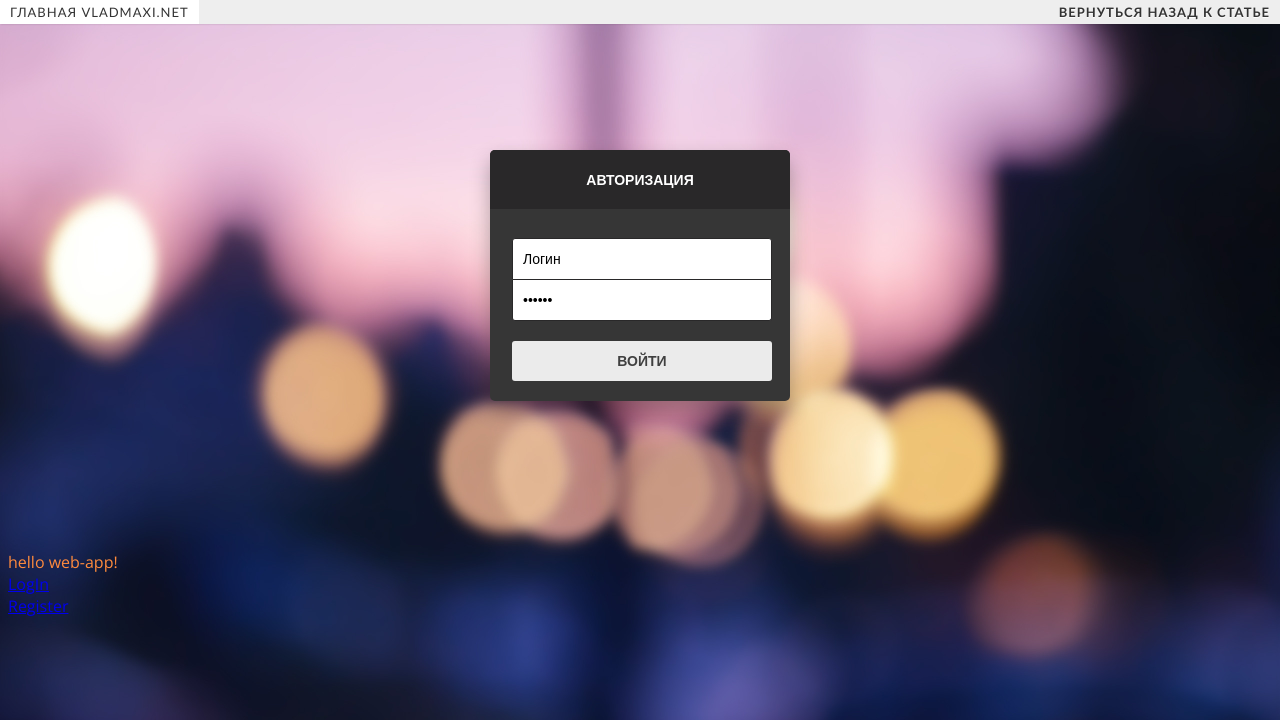
Repository: KosiloVeronika/workspace
Page: http://localhost/libraryManager/
The author's editor kept a copy of each file at every save. The page is drawn from the files as they stood at one save, then again after the next save.
The browser window is 1280 px wide. The pictures show the whole page.
The page is served by Tomcat 9. Other server files are loaded and not shown.

Above is the page before, as saved 2015-09-02 17:10:49.

### libraryManager/WebContent/index.jsp
<%@ page language="java" contentType="text/html; charset=utf-8"
    pageEncoding="utf-8"%>
<!DOCTYPE html PUBLIC "-//W3C//DTD HTML 4.01 Transitional//EN" "http://www.w3.org/TR/html4/loose.dtd">
<html>
<head>
<link rel="stylesheet" href="css/style.css" media="screen" type="text/css" />
<link href='http://fonts.googleapis.com/css?family=Open+Sans:400,700' rel='stylesheet' type='text/css'>
<meta http-equiv="welcome-file-list" content="text/html; charset=utf-8">
<title>index</title>
</head>
<body>

	<!-- vladmaxi top bar -->
    <div class="vladmaxi-top">
        <a href="http://vladmaxi.net" target="_blank">Главная Vladmaxi.net</a>
        <span class="right">
        <a href="http://vladmaxi.net/web-developer/css/22-luchshix-formy-vxoda-i-registracii-na-sajte-v-html-css.html">
                <strong>Вернуться назад к статье</strong>
            </a>
        </span>
    <div class="clr"></div>
    </div>
<!--/ vladmaxi top bar -->

    <div id="login-form">
      <h1>АВТОРИЗАЦИЯ</h1>
        <fieldset>
            <form action="javascript:void(0);" method="get">
                <input type="email" required value="Логин" onBlur="if(this.value=='')this.value='Логин'" onFocus="if(this.value=='Логин')this.value='' ">
                <input type="password" required value="Пароль" onBlur="if(this.value=='')this.value='Пароль'" onFocus="if(this.value=='Пароль')this.value='' ">
                <input type="submit" value="ВОЙТИ">
            </form>
        </fieldset>
    </div>
	hello web-app!
	</br>
	<a href="jsp/login.jsp">LogIn</a>
	</br>
	<a href="jsp/registration.jsp">Register</a>
</body>
</html>

### libraryManager/WebContent/css/style.css
@charset "utf-8";

html {
  background: url(../images/TebPWZ6.jpg) no-repeat center center fixed;
  -webkit-background-size: cover;
  -moz-background-size: cover;
  -o-background-size: cover;
  background-size: cover;
}

body {
	color: #ff8b3d;
  font-family: 'Open Sans', sans-serif;
	font-size: 16px;

}

#login-form {
	background-color: #363636;
	border-radius: 5px;
	-moz-border-radius: 5px;
	-webkit-border-radius: 5px;
	margin: 150px auto;
	width: 300px;
  font-family: 'Open Sans', sans-serif;
	font-size: 16px;
  -webkit-box-shadow:  0px 10px 20px 0px rgba(0, 0, 0, 0.3);
   box-shadow:  0px 10px 20px 0px rgba(0, 0, 0, 0.3);

}

#login-form h1 {
	background-color: #292829;
	border-radius: 5px 5px 0px 0px;
	-moz-border-radius: 5px 5px 0px 0px;
	-webkit-border-radius: 5px 5px 0px 0px;
	color: #fff;
	padding: 20px;
	text-align: center;
	text-transform: uppercase;
  font-family: 'Open Sans', sans-serif;
	font-size: 14px;
}

#login-form fieldset {
	border: none;
	padding: 20px;
	position: relative;
}


#login-form fieldset form {
	overflow: hidden;
	width: 270px;
}

#login-form fieldset form input {
	font-family: Arial, Helvetica, sans-serif;
	font-size: 14px;
	outline: none;
  -webkit-appearance:none;
  width: 260px;
  align: center;
  position: center;


}

#login-form fieldset form input[type="email"] {
	border: 1px solid #292829;
	border-radius: 3px 3px 0px 0px;
	-moz-border-radius: 3px 3px 0px 0px;
	-webkit-border-radius: 3px 3px 0px 0px;
	padding: 12px 10px;
	width: 238px;
  -webkit-appearance:none;
}

#login-form fieldset form input[type="password"] {
	border: 1px solid #292829;
	border-top: none;
	border-radius: 0px 0px 3px 3px;
	-moz-border-radius: 0px 0px 3px 3px;
	-webkit-border-radius: 0px 0px 3px 3px;
	padding: 12px 10px;
	width: 238px;
  -webkit-appearance:none;
}

#login-form fieldset form input[type="submit"] {
	background-color: #ebebeb;
	border: none;
	border-radius: 3px;
	-moz-border-radius: 3px;
	-webkit-border-radius: 3px;
	color: #404040;
	cursor: pointer;
	float: none;
	font-weight: bold;
	margin-top: 20px;
	padding: 12px 12px;
  -webkit-appearance: none;
}

#login-form fieldset form input[type="submit"]:hover {
	background-color: #e0e0e0;
}

#login-form fieldset form span:before {
	background-color: #c9c9c9;
	border-radius: 50%;
	-moz-border-radius: 50%;
	-webkit-border-radius: 50%;
	content: "?";
	display: inline-block;
	height: 20px;
	line-height: 20px;
	margin-right: 10px;
	text-align: center;
	width: 20px;
}

#login-form fieldset form span {
	font-size: 12px;
	margin-top: 40px;
}

#login-form fieldset form span a{
	color: #eb6d1a;
	text-decoration: none;
}

#login-form fieldset form span a:hover {
	color: #eb6d1a;
}

/* Ñòèëè áàðà vladmaxi, ìîæíî óäàëèòü */
.vladmaxi-top{
	line-height: 24px;
	font-size: 11px;
	background: #eee;
	text-transform: uppercase;
	z-index: 9999;
	position: fixed;
	top:0;
	left:0;
	width:100%;
	font-family: calibri;
	font-size: 13px;
	box-shadow: 1px 0px 2px rgba(0,0,0,0.2);
	-webkit-animation: slideOut 0.5s ease-in-out 0.3s backwards;
}
@-webkit-keyframes slideOut{
	0%{top:-30px; opacity: 0;}
	100%{top:0px; opacity: 1;}
}

.vladmaxi-top a{
	padding: 0px 10px;
	letter-spacing: 1px;
	color: #333;
	text-shadow: 0px 1px 1px #fff;
	display: block;
	float: left;
	text-decoration:none;
}
.vladmaxi-top a:hover{
	background: #fff;
}
.vladmaxi-top span.right{
	float: right;
}
.vladmaxi-top span.right a{
	float: left;
	display: block;
}

After the next save:
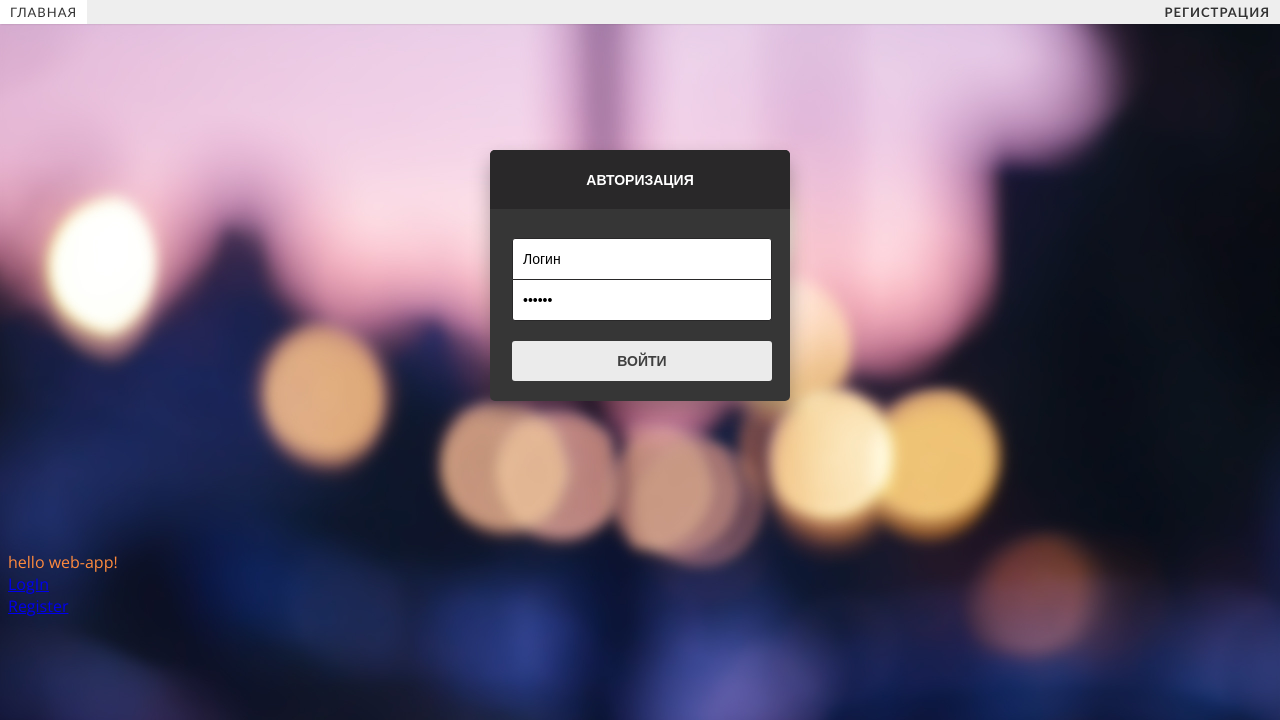
Saved 40 min 18 s later.
--- a/libraryManager/WebContent/index.jsp
+++ b/libraryManager/WebContent/index.jsp
@@ -12,10 +12,10 @@
 
 	<!-- vladmaxi top bar -->
     <div class="vladmaxi-top">
-        <a href="http://vladmaxi.net" target="_blank">Главная Vladmaxi.net</a>
+        <a href="http://vladmaxi.net" target="_blank">Главная</a>
         <span class="right">
-        <a href="http://vladmaxi.net/web-developer/css/22-luchshix-formy-vxoda-i-registracii-na-sajte-v-html-css.html">
-                <strong>Вернуться назад к статье</strong>
+        <a href="jsp/registration.jsp">
+                <strong>Регистрация</strong>
             </a>
         </span>
     <div class="clr"></div>
